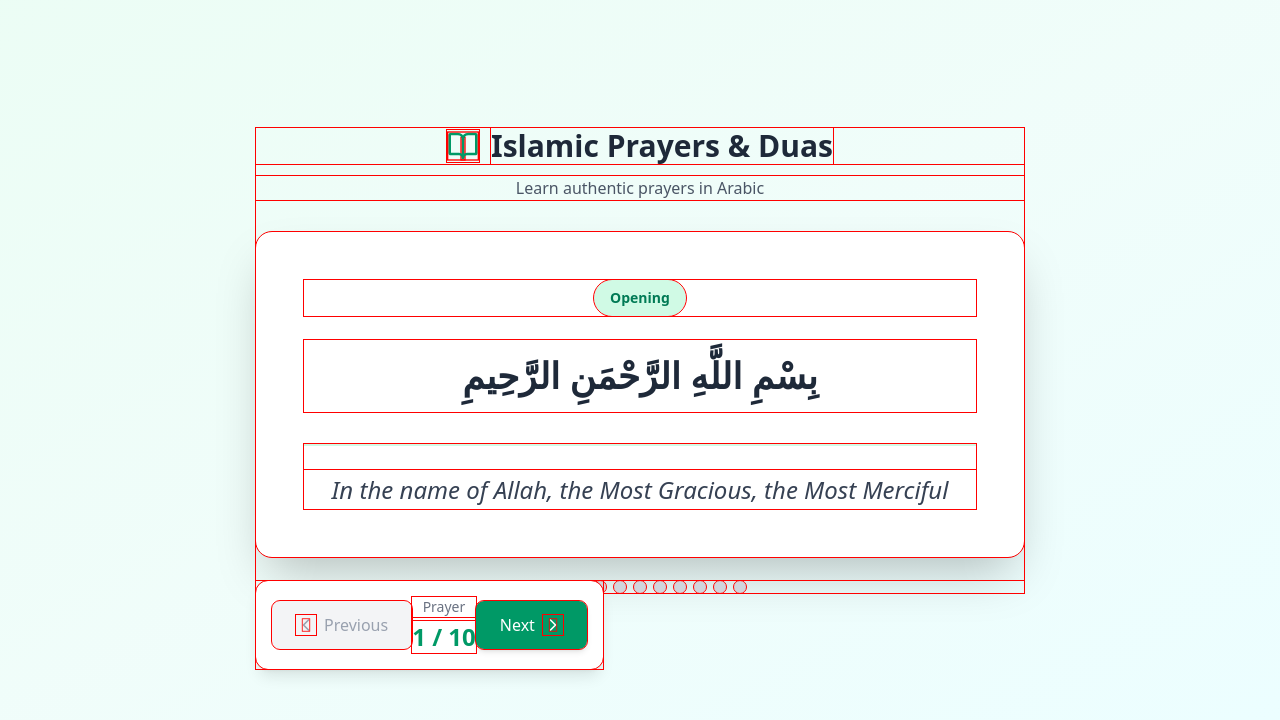
Repository: AbdulquddusMuhammad/prayerApp2.0
Page: /
The author's editor kept a copy of each file at every save. The page is drawn from the files as they stood at one save, then again after the next save.
The browser window is 1280 px wide. The pictures show the whole page.
The project was rebuilt for these pictures with package versions that can differ from the ones it lists, and the page was loaded fresh each time. Also part of the build but not shown: vite.config.js.

Above is the page before, as saved 2026-01-18 09:01:01.

### index.html
<!DOCTYPE html>
<html lang="en">
  <head>
    <meta charset="UTF-8" />
    <link rel="icon" type="image/sng" href="/prayerAppLogo.png" />
    <meta name="viewport" content="width=device-width, initial-scale=1.0" />
    <title>prayerapp2-0</title>
  </head>
  <body>
    <div id="root"></div>
    <script type="module" src="/src/main.jsx"></script>
  </body>
</html>

### src/main.jsx
import { registerSW } from "virtual:pwa-register";
import { StrictMode } from "react";
import { createRoot } from "react-dom/client";
import "./index.css";
import App from "./App.jsx";

createRoot(document.getElementById("root")).render(
  <StrictMode>
    <App />
  </StrictMode>
);

registerSW({
  onNeedRefresh() {},
  onOfflineReady() {},
});

### src/index.css
@import "tailwindcss";

* {
  outline: 1px solid red;
}

### src/App.jsx
import React, { useState } from "react";
import { ChevronLeft, ChevronRight, BookOpen } from "lucide-react";

const App = () => {
  // Arabic prayers and phrases stored in JavaScript object
  const prayersData = {
    prayers: [
      {
        id: 1,
        arabic: "بِسْمِ اللَّهِ الرَّحْمَنِ الرَّحِيمِ",
        translation: "In the name of Allah, the Most Gracious, the Most Merciful",
        category: "Opening",
      },
      {
        id: 2,
        arabic: "الْحَمْدُ لِلَّهِ رَبِّ الْعَالَمِينَ",
        translation: "All praise is due to Allah, Lord of all the worlds",
        category: "Praise",
      },
      {
        id: 3,
        arabic: "اللَّهُمَّ صَلِّ عَلَى مُحَمَّدٍ وَعَلَى آلِ مُحَمَّدٍ",
        translation: "O Allah, send blessings upon Muhammad and the family of Muhammad",
        category: "Salawat",
      },
      {
        id: 4,
        arabic: "سُبْحَانَ اللَّهِ وَالْحَمْدُ لِلَّهِ وَلَا إِلَهَ إِلَّا اللَّهُ وَاللَّهُ أَكْبَرُ",
        translation: "Glory be to Allah, and praise be to Allah, and there is no god but Allah, and Allah is the Greatest",
        category: "Dhikr",
      },
      {
        id: 5,
        arabic: "رَبَّنَا آتِنَا فِي الدُّنْيَا حَسَنَةً وَفِي الْآخِرَةِ حَسَنَةً وَقِنَا عَذَابَ النَّارِ",
        translation: "Our Lord, give us good in this world and good in the Hereafter, and protect us from the punishment of the Fire",
        category: "Dua",
      },
      {
        id: 6,
        arabic: "اللَّهُمَّ إِنِّي أَسْأَلُكَ الْهُدَى وَالتُّقَى وَالْعَفَافَ وَالْغِنَى",
        translation: "O Allah, I ask You for guidance, piety, chastity, and self-sufficiency",
        category: "Dua",
      },
      {
        id: 7,
        arabic: "رَبِّ اشْرَحْ لِي صَدْرِي وَيَسِّرْ لِي أَمْرِي",
        translation: "My Lord, expand my chest and make my task easy for me",
        category: "Dua",
      },
      {
        id: 8,
        arabic: "لَا إِلَهَ إِلَّا أَنْتَ سُبْحَانَكَ إِنِّي كُنْتُ مِنَ الظَّالِمِينَ",
        translation: "There is no deity except You; exalted are You. Indeed, I have been of the wrongdoers",
        category: "Dua",
      },
      {
        id: 9,
        arabic: "اللَّهُمَّ إِنِّي أَعُوذُ بِكَ مِنَ الْهَمِّ وَالْحَزَنِ",
        translation: "O Allah, I seek refuge in You from anxiety and grief",
        category: "Protection",
      },
      {
        id: 10,
        arabic: "حَسْبُنَا اللَّهُ وَنِعْمَ الْوَكِيلُ",
        translation: "Allah is sufficient for us, and He is the best Disposer of affairs",
        category: "Trust in Allah",
      },
    ],
  };

  const [currentIndex, setCurrentIndex] = useState(0);
  const currentPrayer = prayersData.prayers[currentIndex];

  const goToNext = () => {
    setCurrentIndex((prev) => (prev < prayersData.prayers.length - 1 ? prev + 1 : prev));
  };

  const goToPrevious = () => {
    setCurrentIndex((prev) => (prev > 0 ? prev - 1 : prev));
  };

  return (
    <div className="min-h-screen bg-gradient-to-br from-emerald-50 via-teal-50 to-cyan-50 flex items-center justify-center p-4">
      <div className="max-w-3xl w-full">
        {/* Header */}
        <div className="text-center mb-8">
          <div className="flex items-center justify-center gap-3 mb-3">
            <BookOpen className="w-8 h-8 text-emerald-600" />
            <h1 className="text-3xl font-bold text-gray-800">Islamic Prayers & Duas</h1>
          </div>
          <p className="text-gray-600">Learn authentic prayers in Arabic</p>
        </div>

        {/* Prayer Card */}
        <div className="bg-white rounded-2xl shadow-2xl p-8 md:p-12 mb-6">
          {/* Category Badge */}
          <div className="text-center mb-6">
            <span className="inline-block px-4 py-2 bg-emerald-100 text-emerald-700 text-sm font-semibold rounded-full">{currentPrayer.category}</span>
          </div>

          {/* Arabic Text */}
          <div className="mb-8 text-center" dir="rtl">
            <p className="text-3xl md:text-4xl font-bold text-gray-800 leading-loose">{currentPrayer.arabic}</p>
          </div>

          {/* Translation */}
          <div className="border-t-2 border-emerald-100 pt-6">
            <p className="text-xl md:text-2xl text-gray-700 text-center italic leading-relaxed">{currentPrayer.translation}</p>
          </div>
        </div>

        {/* Navigation Controls */}
        <div className="_navigation_ fixed ">
          <div className="flex items-center justify-between bg-white rounded-xl shadow-lg p-4">
            <button onClick={goToPrevious} disabled={currentIndex === 0} className={`flex items-center gap-2 px-6 py-3 rounded-lg font-medium transition-all ${currentIndex === 0 ? "bg-gray-100 text-gray-400 cursor-not-allowed" : "bg-emerald-600 text-white hover:bg-emerald-700 shadow-md"}`}>
              <ChevronLeft className="w-5 h-5" />
              Previous
            </button>

            <div className="text-center">
              <p className="text-sm text-gray-500 mb-1">Prayer</p>
              <p className="text-2xl font-bold text-emerald-600">
                {currentIndex + 1} / {prayersData.prayers.length}
              </p>
            </div>

            <button onClick={goToNext} disabled={currentIndex === prayersData.prayers.length - 1} className={`flex items-center gap-2 px-6 py-3 rounded-lg font-medium transition-all ${currentIndex === prayersData.prayers.length - 1 ? "bg-gray-100 text-gray-400 cursor-not-allowed" : "bg-emerald-600 text-white hover:bg-emerald-700 shadow-md"}`}>
              Next
              <ChevronRight className="w-5 h-5" />
            </button>
          </div>
        </div>

        {/* Progress Dots */}
        <div className="flex justify-center gap-2 mt-6">
          {prayersData.prayers.map((_, index) => (
            <button key={index} onClick={() => setCurrentIndex(index)} className={`w-3 h-3 rounded-full transition-all ${index === currentIndex ? "bg-emerald-600 w-8" : "bg-gray-300 hover:bg-gray-400"}`} />
          ))}
        </div>
      </div>
    </div>
  );
};

export default App;

After the next save:
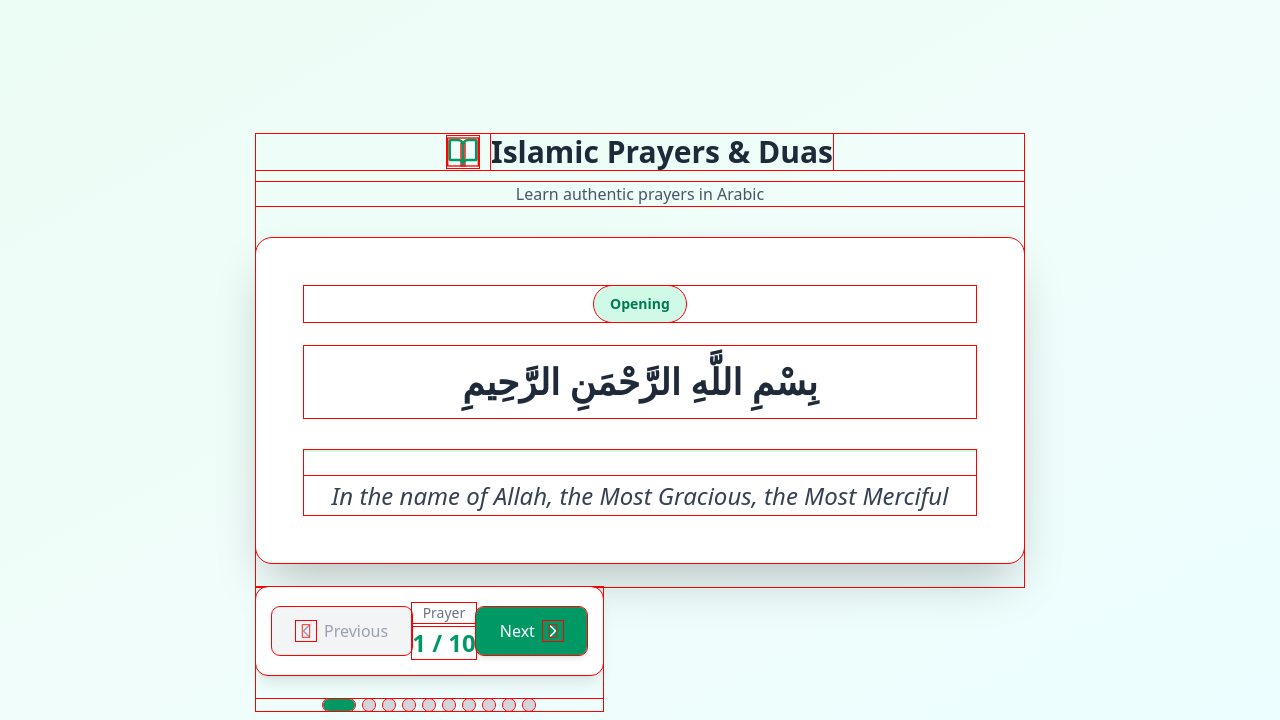
Saved 59 s later.
--- a/src/App.jsx
+++ b/src/App.jsx
@@ -129,13 +129,13 @@ const App = () => {
               <ChevronRight className="w-5 h-5" />
             </button>
           </div>
-        </div>
 
-        {/* Progress Dots */}
-        <div className="flex justify-center gap-2 mt-6">
-          {prayersData.prayers.map((_, index) => (
-            <button key={index} onClick={() => setCurrentIndex(index)} className={`w-3 h-3 rounded-full transition-all ${index === currentIndex ? "bg-emerald-600 w-8" : "bg-gray-300 hover:bg-gray-400"}`} />
-          ))}
+          {/* Progress Dots */}
+          <div className="flex justify-center gap-2 mt-6">
+            {prayersData.prayers.map((_, index) => (
+              <button key={index} onClick={() => setCurrentIndex(index)} className={`w-3 h-3 rounded-full transition-all ${index === currentIndex ? "bg-emerald-600 w-8" : "bg-gray-300 hover:bg-gray-400"}`} />
+            ))}
+          </div>
         </div>
       </div>
     </div>
